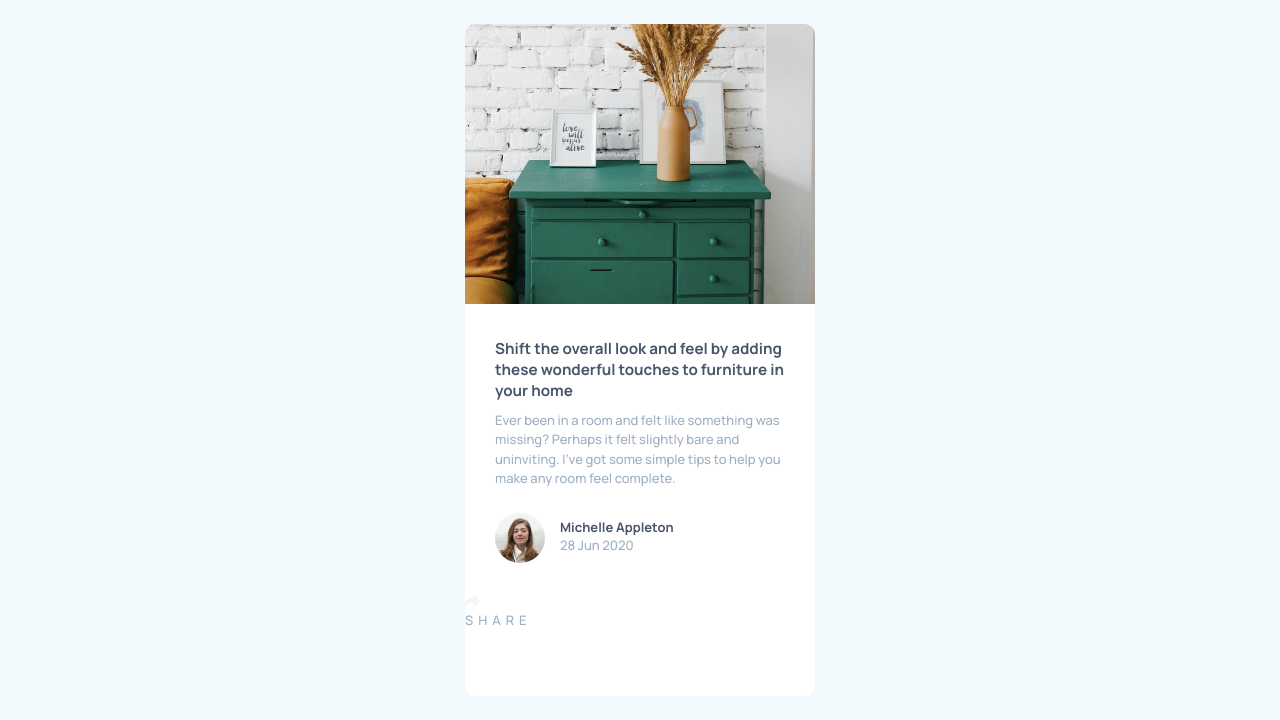
Repository: ellenliao95/frontend-mentor-solution
Page: article-preview-component-master/index.html
The author's editor kept a copy of each file at every save. The page is drawn from the files as they stood at one save, then again after the next save.
The browser window is 1280 px wide. The pictures show the whole page.

Above is the page before, as saved 2023-03-21 12:08:54.

After the next save:
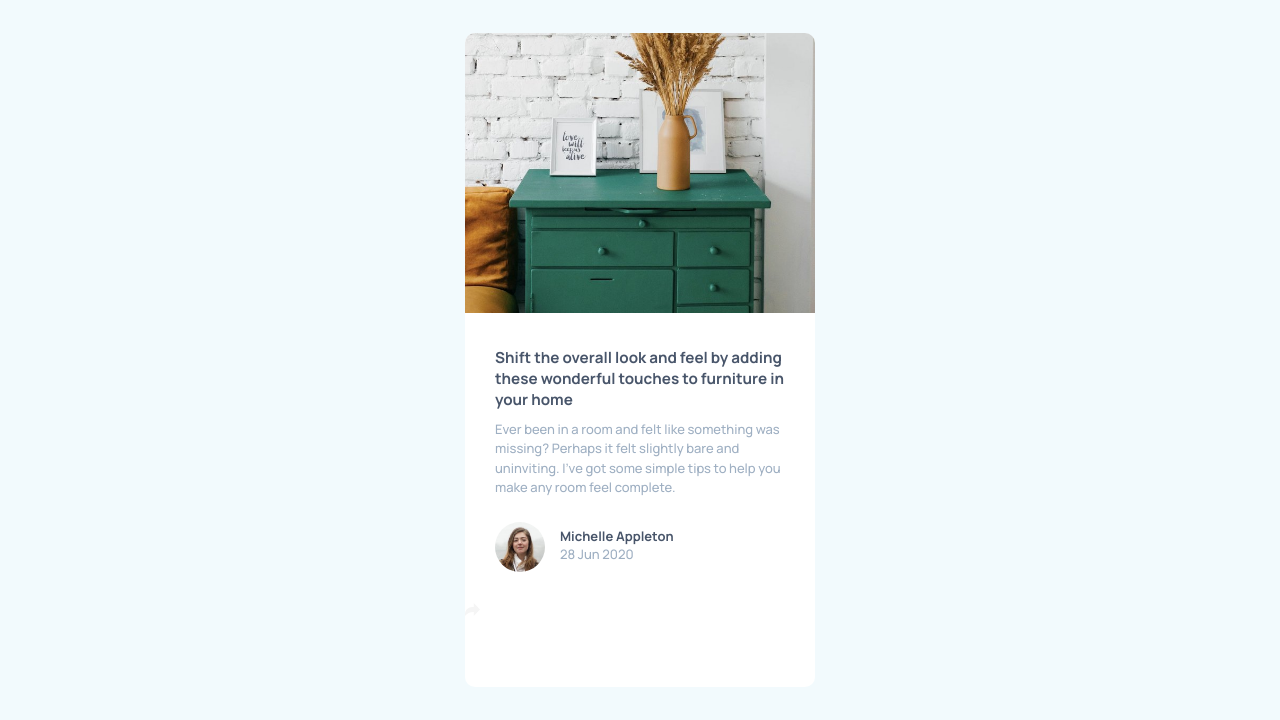
Saved 42 s later.
--- a/article-preview-component-master/index.html
+++ b/article-preview-component-master/index.html
@@ -51,7 +51,7 @@
       </a>
       <ul class="share-dtl">
         <li>
-          <p>SHARE</p>
+
         </li>
         <li>
           <a href="#">

After the save that followed:
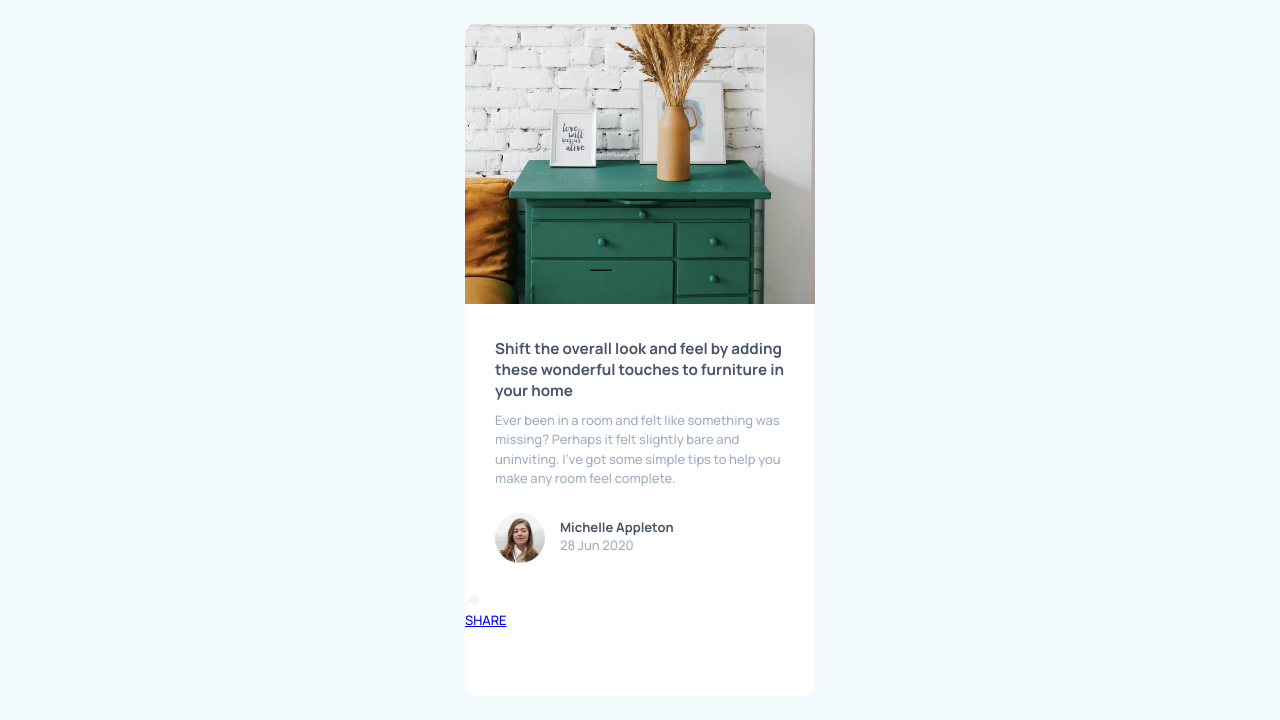
Saved 29 s later.
--- a/article-preview-component-master/index.html
+++ b/article-preview-component-master/index.html
@@ -51,7 +51,7 @@
       </a>
       <ul class="share-dtl">
         <li>
-
+          <a href="#">SHARE</a>
         </li>
         <li>
           <a href="#">
